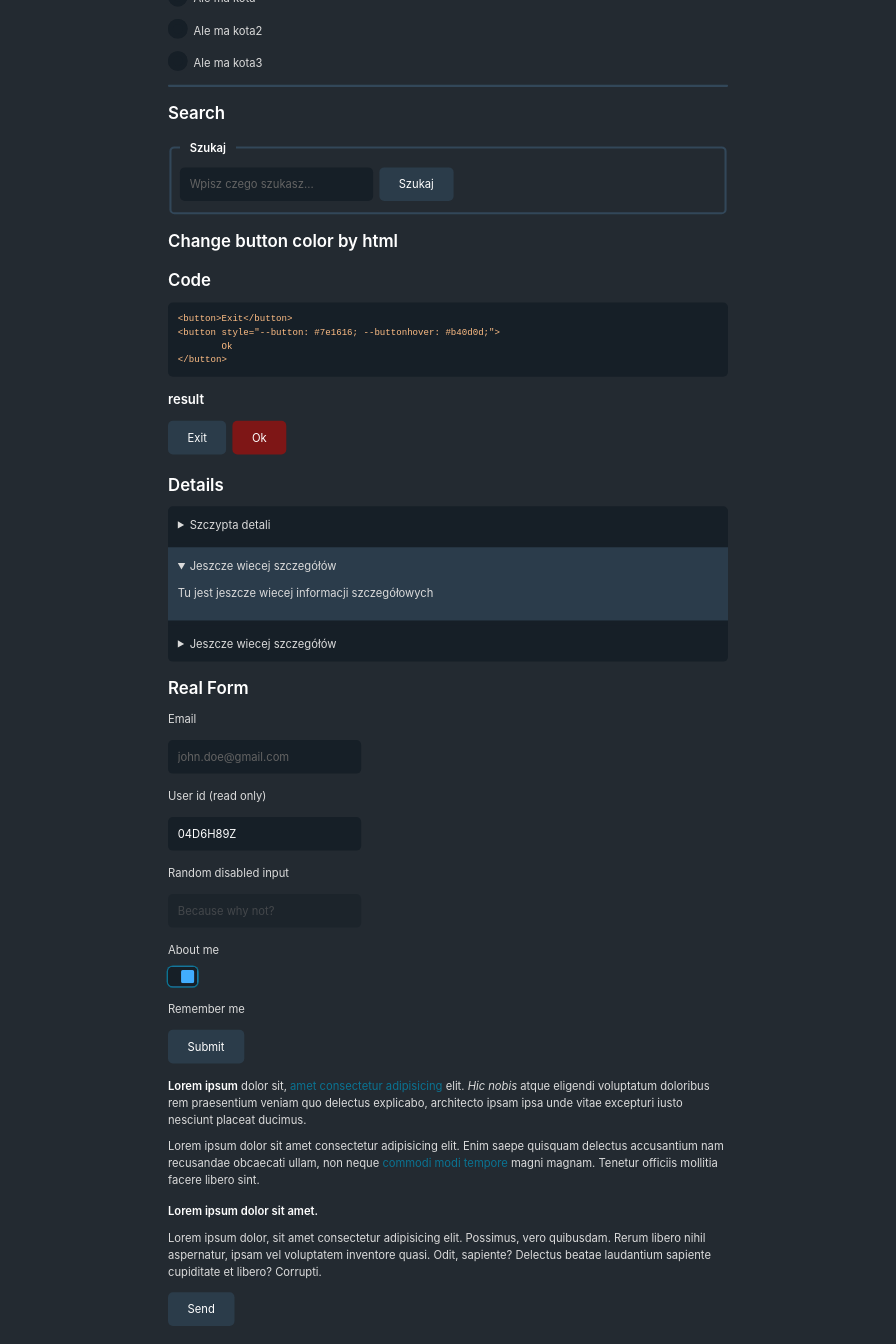
Repository: KozakBartosz/Draft
Page: index.html
These files come from the project's save history. The page is drawn as it stood at one moment and after a run of saves; the edit follows.
The browser window is 1280 px wide. The pictures show the part of the page from y = 2803 to 4723 px (the page is 4723 px tall before and 4711 px after), at 70% of full size.

Above is the page before, as saved 2019-04-12 09:13:06.

After the next 2 saves:
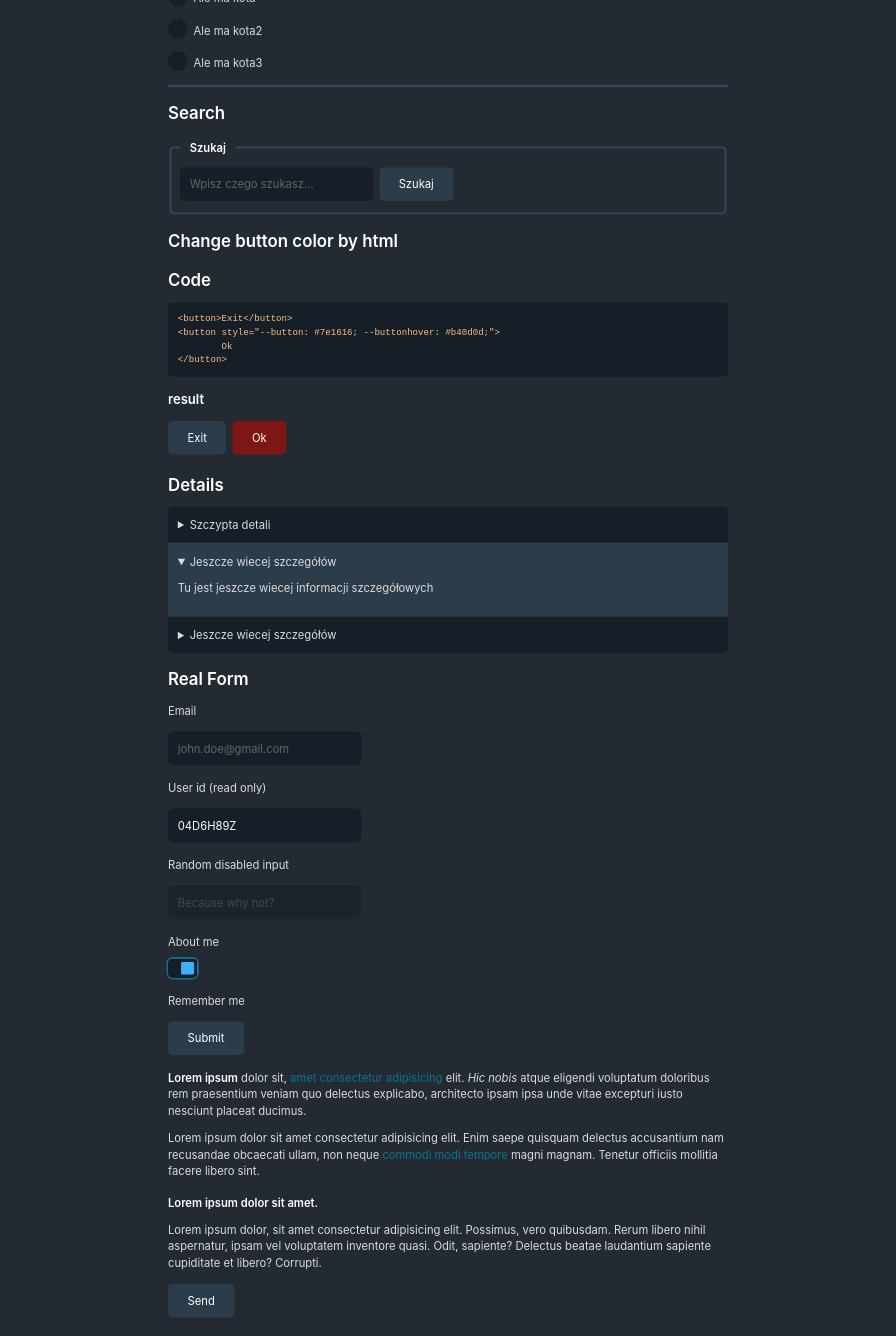
The 2 saves are shown as one change because they came seconds apart.
The last was saved 77 s later.
--- a/draft.css
+++ b/draft.css
@@ -348,7 +348,7 @@ details:last-of-type {
 
 details + details {
 	margin-top: calc(var(--radius) * -1);
-	border-top: var(--radius) solid var(--low);
+	border-top: 1px solid var(--like);
 	border-radius: 0 0 var(--radius) var(--radius);
 }
 
